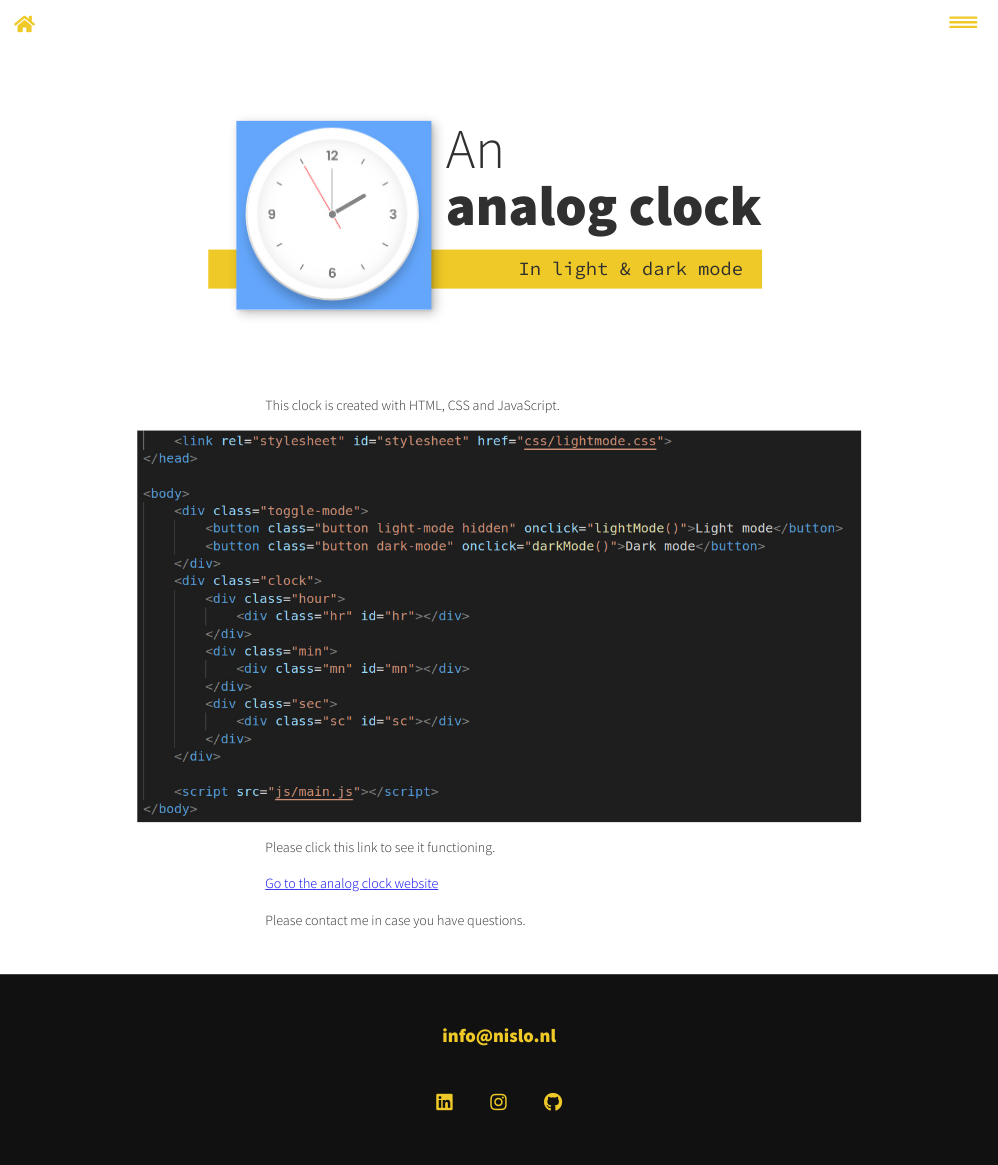
Repository: DaNiels89/portfolio
Page: portfolio-item-01.html
An editor plug-in stored every save of this project. The page is shown before and after the next save, followed by the edit.
The browser window is 1280 px wide. The pictures show the whole page, at 78% of full size.
Some web libraries are served in a nearby version.

Above is the page before, as saved 2020-06-20 14:35:40.

### portfolio-item-01.html
<!DOCTYPE html>
<html lang="en">

<head>
	<link rel="stylesheet" href="normalize.css" />
	<meta charset="UTF-8" />
	<meta name="viewport" content="width=device-width, initial-scale=1.0" />
	<title>Nislo Portfolio Website</title>
	<link rel="stylesheet" href="https://cdnjs.cloudflare.com/ajax/libs/normalize/7.0.0/normalize.min.css" />
	<link rel="stylesheet" href="https://cdnjs.cloudflare.com/ajax/libs/font-awesome/5.11.2/css/all.css"
		integrity="sha256-46qynGAkLSFpVbEBog43gvNhfrOj+BmwXdxFgVK/Kvc=" crossorigin="anonymous" />

	<link href="https://fonts.googleapis.com/css?family=Source+Code+Pro:400,900|Source+Sans+Pro:300,900&display=swap"
		rel="stylesheet" />

	<link rel="stylesheet" href="css/style.css" />

	<link rel="apple-touch-icon" sizes="57x57" href="img/favicon/apple-icon-57x57.png" />
	<link rel="apple-touch-icon" sizes="60x60" href="img/favicon/apple-icon-60x60.png" />
	<link rel="apple-touch-icon" sizes="72x72" href="img/favicon/apple-icon-72x72.png" />
	<link rel="apple-touch-icon" sizes="76x76" href="img/favicon/apple-icon-76x76.png" />
	<link rel="apple-touch-icon" sizes="114x114" href="img/favicon/apple-icon-114x114.png" />
	<link rel="apple-touch-icon" sizes="120x120" href="img/favicon/apple-icon-120x120.png" />
	<link rel="apple-touch-icon" sizes="144x144" href="img/favicon/apple-icon-144x144.png" />
	<link rel="apple-touch-icon" sizes="152x152" href="img/favicon/apple-icon-152x152.png" />
	<link rel="apple-touch-icon" sizes="180x180" href="img/favicon/apple-icon-180x180.png" />
	<link rel="icon" type="image/png" sizes="192x192" href="img/favicon/android-icon-192x192.png" />
	<link rel="icon" type="image/png" sizes="32x32" href="img/favicon/favicon-32x32.png" />
	<link rel="icon" type="image/png" sizes="96x96" href="img/favicon/favicon-96x96.png" />
	<link rel="icon" type="image/png" sizes="16x16" href="img/favicon/favicon-16x16.png" />
	<link rel="manifest" href="/img/favicon/manifest.json" />
	<link rel="icon" href="favicon.ico" type="image/x-icon" />
	<link rel="shortcut icon" href="favicon.ico" type="image/x-icon" />
	<meta name="msapplication-TileColor" content="#ffffff" />
	<meta name="msapplication-TileImage" content="/ms-icon-144x144.png" />
	<meta name="theme-color" content="#ffffff" />

	<script src="js/index.js" defer></script>
</head>

<body>
	<header>
		<div class="logo">
			<!-- TODO: Update logo -->
			<!-- <img src="img/nislo.png" alt="" /> -->
			<a href="index.html" class="home__link">
				<i class="fas fa-home fa-lg"></i>
			</a>
		</div>
		<button class="nav-toggle" aria-label="toggle navigation">
			<span class="hamburger"></span>
		</button>
		<nav class="nav">
			<ul class="nav__list">
				<li class="nav__item">
					<a href="index.html" class="nav__link">Home</a>
				</li>
				<li class="nav__item">
					<a href="index.html#services" class="nav__link">My Services</a>
				</li>
				<li class="nav__item">
					<a href="index.html#about" class="nav__link">About me</a>
				</li>
				<li class="nav__item">
					<a href="index.html#work" class="nav__link">My Work</a>
				</li>
			</ul>
		</nav>
	</header>

	<section class="intro">
		<h1 class="section__title section__title--intro">
			An <strong>analog clock</strong>
		</h1>
		<p class="section__subtitle section__subtitle--intro">In light & dark mode</p>
		<img src="analog_clock/img/clock.jpg" alt="Image digital clock" class="intro__img" />
	</section>

	<div class="portfolio-item-individual">
		<p>
			This clock is created with HTML, CSS and JavaScript.
		</p>
		<img src="analog_clock/img/code_clock.jpg" alt="A part of my code for the analog clock project" />
		<p>
			Please click this link to see it functioning.
		<p><a href="https://nislo.nl/analog-clock/index.html" target="_blank">Go to the analog clock website</a></p>
		</p>
		<p>
			Please contact me in case you have questions.
		</p>
	</div>

	<!-- Footer -->
	<footer class="footer">
		<!-- replace with your own email address -->
		<a href="mailto:info@nislo.nl" class="footer__link">info@nislo.nl</a>
		<ul class="social-list">
			<li class="social-list__item">
				<a class="social-list__link" href="https://www.linkedin.com/in/nielssloesen/" target="”_blank”">
					<i class="fab fa-linkedin"></i>
				</a>
			</li>
			<li class="social-list__item">
				<a class="social-list__link" href="https://instagram.com/nielsslo" target="”_blank”">
					<i class="fab fa-instagram"></i>
				</a>
			</li>
			<li class="social-list__item">
				<a class="social-list__link" href="https://github.com/DaNiels89" target="”_blank”">
					<i class="fab fa-github"></i>
				</a>
			</li>
		</ul>
	</footer>
</body>

</html>

### css/style.css
*,
*::before,
*::after {
  box-sizing: border-box;
}

/* Custom Properties, update these for your own design */

:root {
  --ff-primary: 'Source Sans Pro', sans-serif;
  --ff-secondary: 'Source Code Pro', monospace;

  --fw-reg: 300;
  --fw-bold: 900;

  --clr-light: #fff;
  --clr-dark: #303030;
  --clr-accent: #efc927;

  --fs-h1: 3rem;
  --fs-h2: 2.25rem;
  --fs-h3: 1.25rem;
  --fs-body: 1rem;

  --bs: 0.25em 0.25em 0.75em rgba(0, 0, 0, 0.25),
    0.125em 0.125em 0.25em rgba(0, 0, 0, 0.15);
}

@media (min-width: 800px) {
  :root {
    --fs-h1: 4.5rem;
    --fs-h2: 3.75rem;
    --fs-h3: 1.5rem;
    --fs-body: 1.125rem;
  }
}

/* General styles */

html {
  scroll-behavior: smooth;
}

body {
  background: var(--clr-light);
  color: var(--clr-dark);
  margin: 0;
  font-family: var(--ff-primary);
  font-size: var(--fs-body);
  line-height: 1.6;
}

section {
  padding: 5em 2em;
}

img {
  display: block;
  max-width: 100%;
}

strong {
  font-weight: var(--fw-bold);
}

:focus {
  outline: 3px solid var(--clr-accent);
  outline-offset: 3px;
}

/* Buttons */

.btn {
  display: inline-block;
  padding: 0.5em 2.5em;
  background: var(--clr-accent);
  color: var(--clr-dark);
  text-decoration: none;
  cursor: pointer;
  font-size: 0.8rem;
  text-transform: uppercase;
  letter-spacing: 2px;
  font-weight: var(--fw-bold);
  transition: transform 200ms ease-in-out;
}

.btn:hover {
  transform: scale(1.1);
}

/* Typography */

h1,
h2,
h3 {
  line-height: 1;
  margin: 0;
}

h1 {
  font-size: var(--fs-h1);
}
h2 {
  font-size: var(--fs-h2);
}
h3 {
  font-size: var(--fs-h3);
}

.section__title {
  margin-bottom: 0.25em;
}

.section__title--intro {
  font-weight: var(--fw-reg);
}

.section__title--intro strong {
  display: block;
}

.section__subtitle {
  margin: 0;
  font-size: var(--fs-h3);
}

.section__subtitle--intro,
.section__subtitle--about {
  background: var(--clr-accent);
  padding: 0.25em 1em;
  font-family: var(--ff-secondary);
  margin-bottom: 1em;
}

.section__subtitle--work {
  color: var(--clr-accent);
  font-weight: var(--fw-bold);
  margin-bottom: 2em;
}

/* header */

header {
  display: flex;
  justify-content: space-between;
  padding: 1em;
}

.logo {
  max-width: 100px;
}

.home__link {
  color: var(--clr-accent);
  font-weight: var(--fw-bold);
  text-decoration: none;
  transition: all 0.2s ease-in-out;
}

.home__link:hover,
.home__link:focus {
  color: var(--clr-dark);
  font-weight: var(--fw-bold);
}

.nav {
  position: fixed;
  background: var(--clr-dark);
  color: var(--clr-light);
  top: 0;
  bottom: 0;
  left: 0;
  right: 0;
  z-index: 100;

  transform: translateX(100%);
  transition: transform 250ms cubic-bezier(0.5, 0, 0.5, 1);
}

.nav__list {
  list-style: none;
  display: flex;
  height: 100%;
  flex-direction: column;
  justify-content: space-evenly;
  align-items: center;
  margin: 0;
  padding: 0;
}

.nav__link {
  color: inherit;
  font-weight: var(--fw-bold);
  font-size: var(--fs-h2);
  text-decoration: none;
}

.nav__link:hover {
  color: var(--clr-accent);
}

.nav-toggle {
  padding: 0.5em;
  background: transparent;
  border: 0;
  cursor: pointer;
  position: absolute;
  right: 1em;
  top: 1em;
  z-index: 1000;
}

.nav-open .nav {
  transform: translateX(0);
}

.nav-open .nav-toggle {
  position: fixed;
}

.nav-open .hamburger {
  transform: rotate(0.625turn);
}

.nav-open .hamburger::before {
  transform: rotate(90deg) translateX(-6px);
}

.nav-open .hamburger::after {
  opacity: 0;
}

.hamburger {
  display: block;
  position: relative;
}

.hamburger,
.hamburger::before,
.hamburger::after {
  background: var(--clr-accent);
  width: 2em;
  height: 3px;
  border-radius: 1em;
  transition: transform 250ms ease-in-out;
}

.hamburger::before,
.hamburger::after {
  content: '';
  position: absolute;
  left: 0;
  right: 0;
}

.hamburger::before {
  top: 6px;
}
.hamburger::after {
  bottom: 6px;
}

/*  Intro section  */

.intro {
  position: relative;
}

.intro__img {
  box-shadow: var(--bs);
}

.section__subtitle--intro {
  display: inline-block;
}

@media (min-width: 600px) {
  .intro {
    display: grid;
    width: min-content;
    margin: 0 auto;
    grid-column-gap: 1em;
    grid-template-areas:
      'img title'
      'img subtitle';
    grid-template-columns: min-content max-content;
  }

  .intro__img {
    grid-area: img;
    min-width: 250px;
    position: relative;
    z-index: 2;
  }

  .section__subtitle--intro {
    align-self: start;
    grid-column: -1 / 1;
    grid-row: 2;
    text-align: right;
    position: relative;
    left: -1.5em;
    width: calc(100% + 1.5em);
  }
}

/*  My services section  */

.my-services {
  background-color: var(--clr-dark);
  background-image: url(../img/services-bg.jpg);
  background-size: cover;
  /* background-blend-mode: multiply; */
  color: var(--clr-light);
  text-align: center;
}

.section__title--services {
  color: var(--clr-accent);
  position: relative;
}

.section__title--services::after {
  content: '';
  display: block;
  width: 2em;
  height: 1px;
  margin: 0.5em auto 1em;
  background: var(--clr-light);
  opacity: 0.25;
}

.services {
  margin-bottom: 4em;
}

.service {
  max-width: 500px;
  margin: 0 auto;
}

@media (min-width: 800px) {
  .services {
    display: flex;
    max-width: 1000px;
    margin-left: auto;
    margin-right: auto;
  }

  .service + .service {
    margin-left: 2em;
  }
}

.about-me {
  max-width: 1000px;
  margin: 0 auto;
}

.about-me__img {
  box-shadow: var(--bs);
}

@media (min-width: 600px) {
  .about-me {
    display: grid;
    grid-template-columns: 1fr 200px;
    grid-template-areas:
      'title img'
      'subtitle img'
      'text img';
    grid-column-gap: 2em;
  }

  .section__title--about {
    grid-area: title;
  }

  .section__subtitle--about {
    grid-column: 1 / -1;
    grid-row: 2;
    position: relative;
    left: -1em;
    width: calc(100% + 2em);
    padding-left: 1em;
    padding-right: calc(200px + 4em);
  }

  .about-me__img {
    grid-area: img;
    position: relative;
    z-index: 2;
  }
}

/* My Work */

.my-work {
  background-color: var(--clr-dark);
  color: var(--clr-light);
  text-align: center;
}

.portfolio {
  display: grid;
  grid-template-columns: repeat(auto-fit, minmax(300px, 1fr));
}

.portfolio__item {
  background: var(--clr-accent);
  overflow: hidden;
}

.portfolio__img {
  transition: transform 750ms cubic-bezier(0.5, 0, 0.5, 1), opacity 250ms linear;
}

.portfolio__item:focus {
  position: relative;
  z-index: 2;
}

.portfolio__img:hover,
.portfolio__item:focus .portfolio__img {
  transform: scale(1.2);
  opacity: 0.5;
}

/* footer */

.footer {
  background: #111;
  color: var(--clr-accent);
  text-align: center;
  padding: 2.5em 0;
  font-size: var(--fs-h3);
}

.footer a {
  color: inherit;
  text-decoration: none;
}

.footer__link {
  font-weight: var(--fw-bold);
}

.footer__link:hover,
.social-list__link:hover {
  opacity: 0.7;
}

.footer__link:hover {
  text-decoration: underline;
}

.social-list {
  list-style: none;
  display: flex;
  justify-content: center;
  margin: 2em 0 0;
  padding: 0;
}

.social-list__item {
  margin: 0 0.5em;
}

.social-list__link {
  padding: 0.5em;
}

/* Individual portfolio item styles */

.portfolio-item-individual {
  padding: 0 2em 2em;
  max-width: 1000px;
  margin: 0 auto;
}

.portfolio-item-individual p {
  max-width: 600px;
  margin-left: auto;
  margin-right: auto;
}

### js/index.js
const navToggle = document.querySelector('.nav-toggle');
const navLinks = document.querySelectorAll('.nav__link');

navToggle.addEventListener('click', () => {
  document.body.classList.toggle('nav-open');
});

navLinks.forEach(link => {
  link.addEventListener('click', () => {
    document.body.classList.remove('nav-open');
  });
});

Loaded but not shown: normalize.css (library)

After the next save:
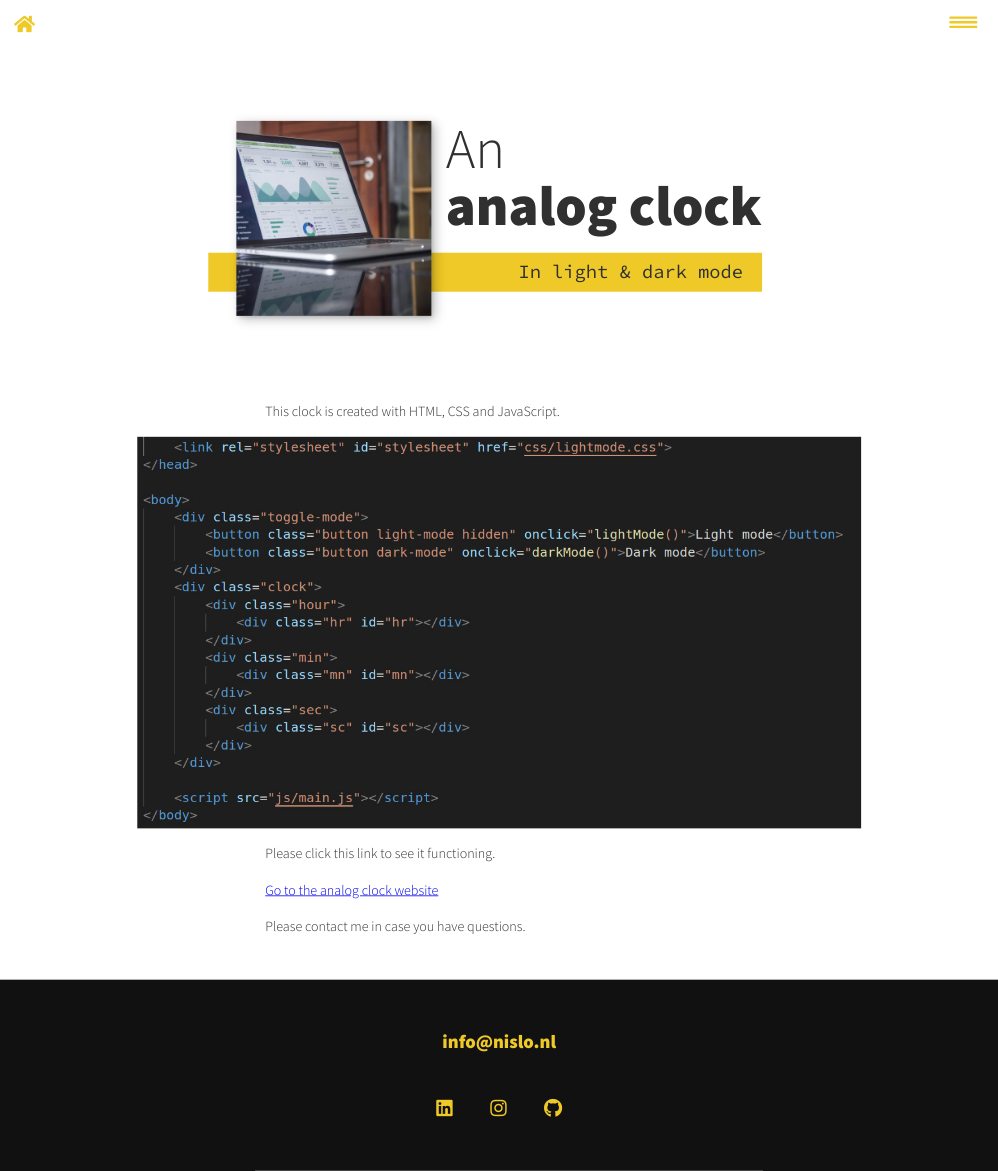
Saved 4 min 33 s later.
--- a/portfolio-item-01.html
+++ b/portfolio-item-01.html
@@ -73,7 +73,7 @@
 			An <strong>analog clock</strong>
 		</h1>
 		<p class="section__subtitle section__subtitle--intro">In light & dark mode</p>
-		<img src="analog_clock/img/clock.jpg" alt="Image digital clock" class="intro__img" />
+		<img src="img/portfolio-01.jpg" alt="Image digital clock" class="intro__img" />
 	</section>
 
 	<div class="portfolio-item-individual">

After the save that followed:
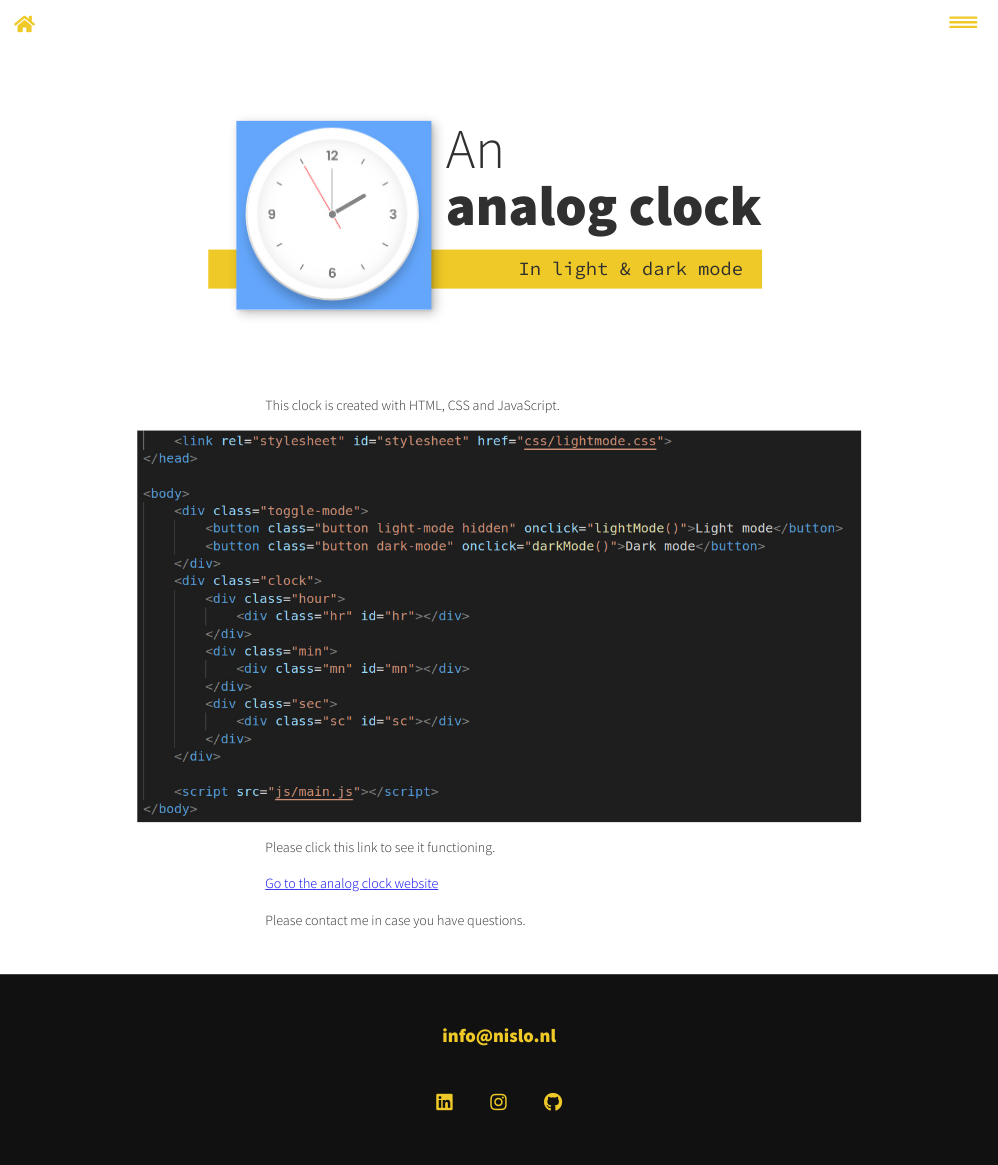
Saved 88 s later.
--- a/portfolio-item-01.html
+++ b/portfolio-item-01.html
@@ -73,7 +73,7 @@
 			An <strong>analog clock</strong>
 		</h1>
 		<p class="section__subtitle section__subtitle--intro">In light & dark mode</p>
-		<img src="img/portfolio-01.jpg" alt="Image digital clock" class="intro__img" />
+		<img src="img/clock.jpg" alt="Image digital clock" class="intro__img" />
 	</section>
 
 	<div class="portfolio-item-individual">
